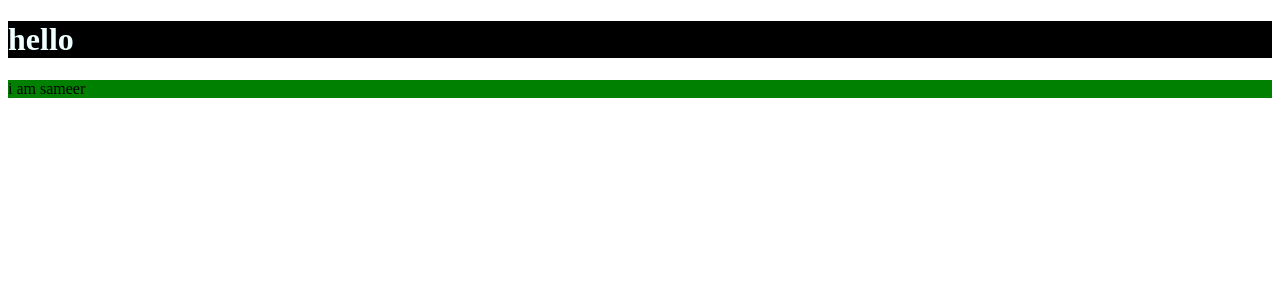
Repository: raheebiradar/webdev-chort-git-masterclass
Page: 8-2-2025/one.html
These files come from the project's save history. The page is drawn as it stood at one moment and after the next save; the edit follows.
The browser window is 1280 px wide. The pictures show the whole page.

Above is the page before, as saved 2025-02-08 21:39:54.

### 8-2-2025/one.html
<!DOCTYPE html>
<html lang="en">
  <head>
    <meta charset="UTF-8" />
    <meta name="viewport" content="width=device-width, initial-scale=1.0" />
    <title>Document</title>
    <link rel="stylesheet" href="one.css" />
  </head>
  <body>
    <h1>hello</h1>
    <p>i am sameer</p>
  </body>
</html>

### 8-2-2025/One.css
h1{
    background-color: rgb(0, 0, 0);
    color: azure;
}

p{
    background-color: green;
}

After the next save:
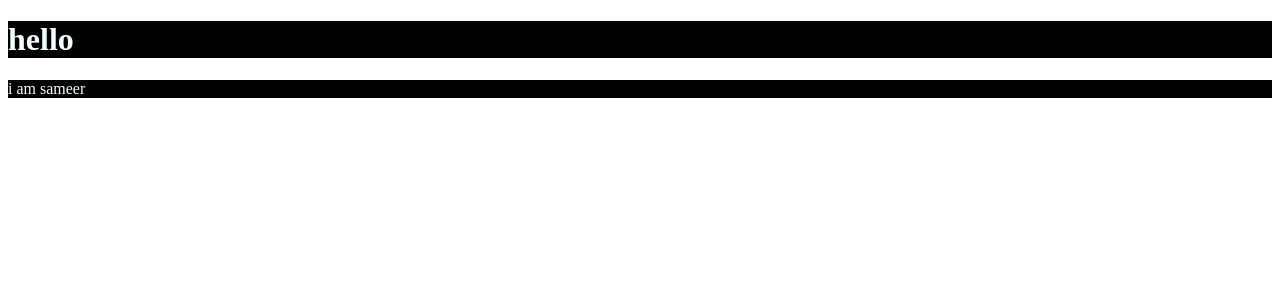
Saved 27 s later.
--- a/8-2-2025/One.css
+++ b/8-2-2025/One.css
@@ -4,5 +4,6 @@ h1{
 }
 
 p{
-    background-color: green;
+    background-color: rgb(0, 0, 0);
+    color: azure;
 }
